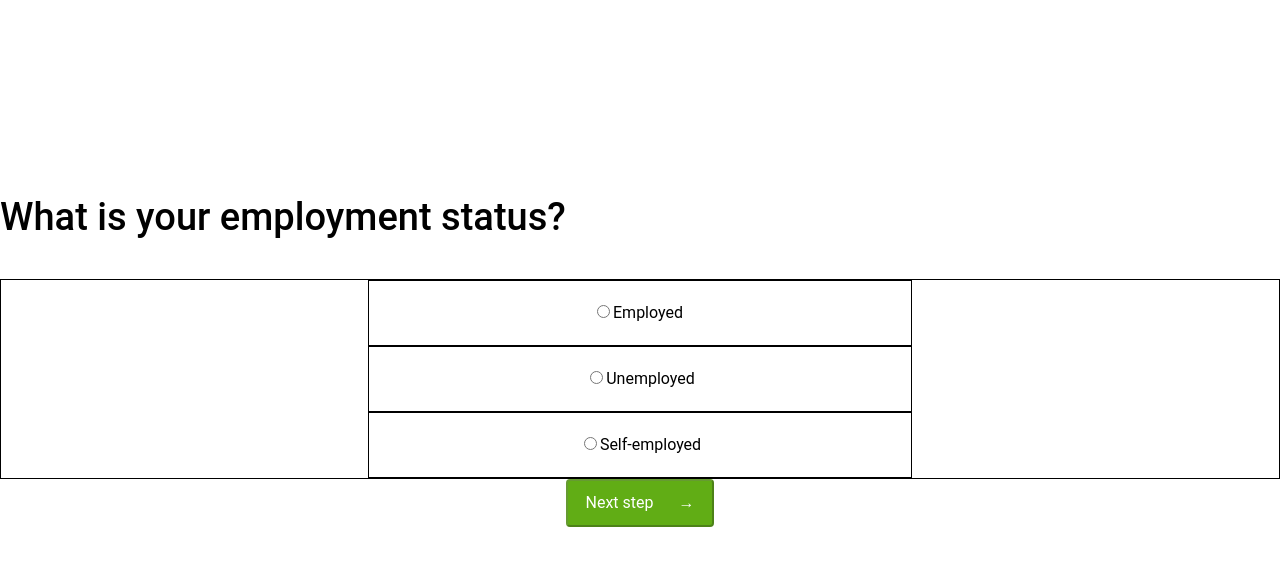
Repository: andbilous/task-survey
Page: /employment-status
The author's editor kept a copy of each file at every save. The page is drawn from the files as they stood at one save, then again after the next save.
The browser window is 1280 px wide. The pictures show the whole page.
The project was rebuilt for these pictures with package versions that can differ from the ones it lists, and the page was loaded fresh each time. Also part of the build but not shown: src/pages/FillingStatus.jsx, src/pages/Proprietorships.jsx, src/pages/Score.jsx.

Above is the page before, as saved 2020-06-18 16:51:33.

### src/App.js
import React from 'react';
import { Provider } from 'react-redux'
import { store } from './redux/store'
import {
  BrowserRouter as Router,
  Switch,
  Route,
} from "react-router-dom";
import './App.css';
import {Header} from './components/Header';
import {EmploymentStatusPage} from './pages/EmploymentStatus';
import {FillingStatusPage} from './pages/FillingStatus';
import {ProprietorshipsPage} from './pages/Proprietorships';
import {ScorePage} from './pages/Score';


function App() {
  return (
    <Router>
    <Provider store={store}>
    <Switch>
    <div className="App">
      <Header/>
      <Route path="/employment-status">
            <EmploymentStatusPage />
          </Route>
          <Route path="/filling-status">
            <FillingStatusPage />
          </Route>
          <Route path="/proprietorship">
            <ProprietorshipsPage />
          </Route>
          <Route path="/score">
            <ScorePage />
          </Route>
    </div>
    </Switch>
    </Provider>
    </Router>
  );
}

export default App;

### src/redux/store.js
import { applyMiddleware, createStore } from 'redux';
import logger from 'redux-logger';
import thunk from 'redux-thunk';

import { rootReducer } from './rootReducer';

const middleware = [thunk, logger];

export const store = createStore(rootReducer, applyMiddleware(...middleware));

### src/App.css
* {
  text-align: center;
  box-sizing: border-box;
  font-family: Roboto;
  font-style: normal;
  font-weight: normal;
}
h2{
  font-family: Roboto;
font-style: normal;
font-weight: 500;
font-size: 38px;
line-height: 60px;
display: flex;
align-items: center;
text-align: center;
}
.list-item{
  width: 544px;
  height: 66px;
  border: 1px solid black;
  padding-top: 21px;
}
/* .App {
  text-align: center;
  background-color: #333;
}

.App-logo {
  height: 40vmin;
  pointer-events: none;
}

@media (prefers-reduced-motion: no-preference) {
  .App-logo {
    animation: App-logo-spin infinite 20s linear;
  }
}

.App-header {
  background-color: #282c34;
  min-height: 100vh;
  display: flex;
  flex-direction: column;
  align-items: center;
  justify-content: center;
  font-size: calc(10px + 2vmin);
  color: white;
}

.App-link {
  color: #61dafb;
}

@keyframes App-logo-spin {
  from {
    transform: rotate(0deg);
  }
  to {
    transform: rotate(360deg);
  }
} */

### src/components/Header.jsx
import React from "react";
import { connect } from "react-redux";

const Header = ({ progress }) => {
  return (
    <>
      <div style={styles.general} />
      <div
        style={{
          width: `${progress}%`,
          height: "75px",
          backgroundColor: "#61AD15",
        }}
      ></div>
    </>
  );
};

const styles = {
  general: {
    position: "absolute",
    left: "0%",
    right: "0%",
    top: "0%",
    bottom: "0%",
    height: "72px",
    backgroundColor: "#fff",
  },
};

const HeaderContainer = connect(
  (state) => ({
    progress: state.surveyReducer.progress,
  }),
  (dispatch) => ({})
)(Header);

export { HeaderContainer as Header };

### src/pages/EmploymentStatus.jsx
import React, { useState } from "react";
import { useHistory } from "react-router-dom";
import { connect } from "react-redux";
import Footer from "../components/Footer";
import { setEmploymentStatus } from "../redux/survey/actions";

const EmploymentStatusPage = ({ setEmploymentStatus }) => {
  const history = useHistory();
  const [disableFooter, setDisableFooter] = useState(true);
  const [value, setValue] = useState("");

  const navigateNextPage = () => {
    if (value === "Employed" || value === "Unemployed") {
      history.push("/filling-status");
    } else {
      history.push("/proprietorship");
    }
  };

  const handleChange = (value) => {
    console.log(value);
    setDisableFooter(false);
    setEmploymentStatus(value);
    setValue(value);
  };
  return (
    <div style={{ backgroundColor: "#fff", marginTop: "7rem" }}>
      <h2>What is your employment status?</h2>
      <form>
        <div
          id="1"
          style={styles.parent}
          className="radio"
        >
          <label className="list-item" style={{paddingRight: '5px'}}>
            <input
              onClick={() => handleChange("Employed")}
              name="1"
              type="radio"
              value="Employed"
            />
            Employed
          </label>
          <label className="list-item" >
            <input
              onClick={() => handleChange("Unemployed")}
              name="1"
              type="radio"
              value="Unemployed"
            />
            Unemployed
          </label>
          <label className="list-item">
            <input
              onClick={() => handleChange("SelfEmployed")}
              name="1"
              type="radio"
              value="SelfEmployed"
            />
            Self-employed
          </label>
        </div>
      </form>
      <Footer disable={disableFooter} navigateNextPage={navigateNextPage} />
    </div>
  );
};

const styles = {
  parent: {
    background: '#fff',
    marginTop: "2rem",
    border: "1px solid black",
    display: "flex",
    flexDirection: "column",
    alignItems: "center",
    textAlign: "center",
  },
  item: {
    width: "544px",
    height: "66px",
    border: "1px solid black",
    paddingTop: '21px',
  },
};

const EmploymentStatusPageContainer = connect(
  (state) => ({}),
  (dispatch) => ({
    setEmploymentStatus: (value) => dispatch(setEmploymentStatus(value)),
  })
)(EmploymentStatusPage);

export { EmploymentStatusPageContainer as EmploymentStatusPage };

### src/redux/rootReducer.js
import { combineReducers } from 'redux'
import surveyReducer from './survey/reducer'

export const rootReducer = combineReducers({
  surveyReducer
})

### src/components/Footer.jsx
import React from "react";

const Footer = ({ disable, navigateNextPage, navigatePrevPage }) => {
  if (navigatePrevPage && navigateNextPage) {
    return (
      <div style={styles.general}>
        <button
          disabled={disable}
          onClick={() => {
            navigatePrevPage();
          }}
        >
          Prev step
        </button>
        <button
          disabled={disable}
          onClick={() => {
            navigateNextPage();
          }}
        >
          Next step
        </button>
      </div>
    );
  }
  if (navigatePrevPage && !navigateNextPage) {
    return (
      <button
        disabled={disable}
        onClick={() => {
          navigatePrevPage();
        }}
      >
        Prev step
      </button>
    );
  }
  if (!navigatePrevPage && navigateNextPage) {
    return (
      <button
        style={styles.button}
        disabled={disable}
        onClick={() => {
          navigateNextPage();
        }}
      >
        <span>Next step</span>
        <span style={styles.arrow}>&#8594;</span>
      </button>
    );
  }
};

const styles = {
  general: {
    position: "absolute",
    bottom: "0",
    width: "100%",
    height: "2.5rem",
    backgroundColor: "#fff",
  },
  button: {
    color: "#fff",
    width: "148px",
    height: "48px",
    background: "#61AD15",
    textAlign: "center",
    fontSize: "16px",
    lineHeight: "26px",
    borderRadius: "4px",
  },
  arrow: {
    marginLeft: '25px',
    transform: "matrix(1, 0, 0, -1, 0, 0)",
  },
};

export default Footer;

### src/redux/survey/actions.js
import types from './types';

export const setEmploymentStatus = (value) => {
    if(value === 'Employed'){
      return {
        type: types.SET_EMPLOYMENT_STATUS,
        employmentStatus: value,
        count: 10,

      }
    }
      if(value === 'Unemployed'){
        return {
          type: types.SET_EMPLOYMENT_STATUS,
          employmentStatus: value,
          count: 20
        }
      }
        if(value === 'SelfEmployed'){
          return {
            type: types.SET_EMPLOYMENT_STATUS,
            employmentStatus: value,
            count: 30
          }
    }
};

export const setProprietorshipsCount = (value) => ({
    type: types.SET_PROPRIETORSHIPS_MULTIPLIER,
    multiplier: value
})

export const setFillingStatus = (values) =>{
  if(!values.length){
    return {
      type: types.SET_FILLING_STATUS,
      count: 0
    }
}
  if(values.length===1){
    return {
      type: types.SET_FILLING_STATUS,
      count: 10
    }
}
  return {
    type: types.SET_FILLING_STATUS,
    count: (values.length)*5
  }
}

export const displayResult = () =>({
  type: types.DISPLAY_RESULT
})

### src/redux/survey/reducer.js
import types from './types'

const initialValues = {
  count: 0,
  employmentStatus:'',
  progress: 0
}

const surveyReducer = (state = initialValues, action) => {
  switch (action.type) {
    case types.SET_EMPLOYMENT_STATUS:
      return {
        ...state,
        count: state.count + action.count,
        employmentStatus: action.employmentStatus,
        progress: 30
      }
      case types.SET_PROPRIETORSHIPS_MULTIPLIER:
        return {
          ...state,
          count: state.count * action.multiplier,
          progress: 50
        }
        case types.SET_FILLING_STATUS:
        return {
          ...state,
          count: state.count + action.count,
          progress: 70
        }
        case types.DISPLAY_RESULT:
        return {
          ...state,
          progress: 100
        }

    default:
      return state
  }
}

export default surveyReducer;

### src/redux/survey/types.js
const types = {
  SET_EMPLOYMENT_STATUS:'SET_EMPLOYMENT_STATUS',
  SET_PROPRIETORSHIPS_MULTIPLIER: 'SET_PROPRIETORSHIPS_MULTIPLIER',
  SET_FILLING_STATUS: 'SET_FILLING_STATUS',
  DISPLAY_RESULT: 'DISPLAY_RESULT'
}

export default types;

Loaded but not shown: public/index.html (common file); src/index.js (common file); src/index.css (common file); src/serviceWorker.js (common file)

After the next save:
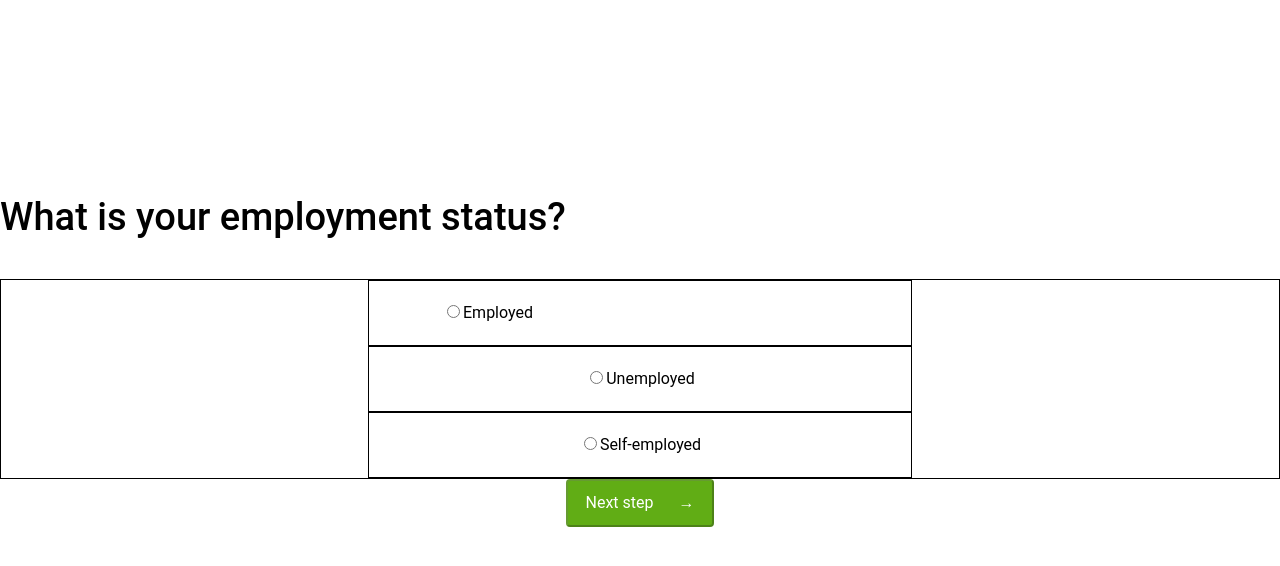
Saved 6 s later.
--- a/src/pages/EmploymentStatus.jsx
+++ b/src/pages/EmploymentStatus.jsx
@@ -32,7 +32,7 @@ const EmploymentStatusPage = ({ setEmploymentStatus }) => {
           style={styles.parent}
           className="radio"
         >
-          <label className="list-item" style={{paddingRight: '5px'}}>
+          <label className="list-item" style={{paddingRight: '305px'}}>
             <input
               onClick={() => handleChange("Employed")}
               name="1"
